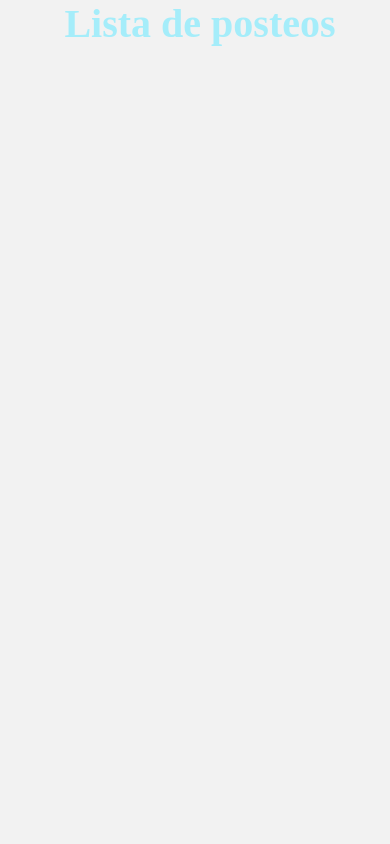
Repository: larafernandezo/finalprog3
Screen: /Home
The author's editor kept a copy of each file at every save. The screen is drawn from the files as they stood at one save, then again after a run of saves.
The page's requests for data from a server got no answer. The app was drawn by React Native's web renderer in a window 390 px wide. The project was rebuilt for these pictures with package versions that can differ from the ones it lists, and the page was loaded fresh each time. No one was signed in, and anything a server would have sent is missing. Also part of the build but not shown: src/components/Camera.js, src/screens/Registro.js, src/components/Post.js, src/screens/MiPerfil.js, src/screens/NuevoPost.js, src/components/Menu.js, src/screens/Perfil.js.

Above is the screen before, as saved 2022-11-22 11:36:28.

### App.js
import { StyleSheet, View } from 'react-native';
import { NavigationContainer } from '@react-navigation/native';
import { createNativeStackNavigator } from '@react-navigation/native-stack';
import Registro from './src/screens/Registro';
import Login from './src/screens/Login';
import Home from './src/screens/Home';
import Menu from './src/components/Menu';
import Perfil from './src/screens/Perfil';


const Stack = createNativeStackNavigator();


function App() {
  return (
    <NavigationContainer>
      <Stack.Navigator>
        <Stack.Screen name='Login' component={Login} options= {{ headerShown : false}}/>
        <Stack.Screen name='Registro' component={Registro} options= {{ headerShown : false}}/>
        <Stack.Screen name='Home' component={Home} options= {{ headerShown : false}}/>
        <Stack.Screen name='Menu' component={Menu} options= {{ headerShown : false}}/>
      </Stack.Navigator>
    </NavigationContainer>
  );
};

export default App;

### src/screens/Login.js
import React, {Component} from 'react';
import {auth} from '../firebase/config';
import {View, Text, StyleSheet, TextInput, TouchableOpacity, Image} from 'react-native';

class Login extends Component {
    constructor(){
        super()
        this.state = {
            email: "",
            contraseña: "",
            error: ""
        }
    }

    componentDidMount(){
        auth.onAuthStateChanged(usuario => {
            if (usuario){
                this.props.navigation.navigate ("Menu")
            }
        })
    }

    iniciarUsuario(email, contraseña){
        auth.signInWithEmailAndPassword(email, contraseña)
            .then( res => {
                this.props.navigation.navigate("Menu")
            })
            .catch(error =>
                this.setState({
                error: error.message
            })
            )
    }

    render(){
        return(
            <View style={styles.fondo}>

            <Text style={styles.error}>{this.state.error}</Text>


                <Text style={styles.titulo}>Iniciar Sesión</Text>

                <View style={styles.caja}>
                <Text style={styles.error}>{this.state.error}</Text>
                    <TextInput
                        placeholder= 'Cuenta de Email'
                        keyboardType= 'email-address'
                        onChangeText={ texto => this.setState({email : texto})}
                        value = {this.state.email}
                        style={styles.fillin}
                    />
                    <TextInput
                        placeholder= 'Contraseña'
                        keyboardType= 'default'
                        secureTextEntry = {true}
                        onChangeText={ texto => this.setState({contraseña : texto})}
                        value = {this.state.contraseña}
                        style={styles.fillin}
                    />


{
                this.state.email =="" || this.state.contraseña =="" ?
                    <TouchableOpacity>
                        <Text style={styles.alerta}>Ingresar</Text>
                    </TouchableOpacity>
                :
                    <TouchableOpacity onPress={ () => this.iniciarUsuario (this.state.email, this.state.contraseña)} >
                        <Text style={styles.cont}>Ingresar</Text>
                    </TouchableOpacity>

}

                    <Text onPress={ () => this.props.navigation.navigate ('Registro')} style={styles.switch}>¿No tenés cuenta? Registrate haciendo click aquí</Text>
                </View>
            </View>
        )
    }
}

const styles = StyleSheet.create({
    fondo: {
        alignItems: 'center',
        backgroundColor: 'rgb(234, 242, 248)',
    },
    titulo: {
        color: 'rgb(52, 152, 219)',
        fontFamily: 'avenir',
        fontSize: 26,
        margin: 60,
    },
    caja:{
        backgroundColor: 'rgb(215, 219, 221)',
        borderRadius: 6,
        padding: 20,

    },
    fillin: {
        backgroundColor: 'rgb(253, 254, 254)',
        color: 'rgb(179, 182, 183)',
        fontFamily: 'avenir',
        fontSize: 13,
        margin: 10,
        borderRadius: 6,
        textAlign: 'center',
        padding: 5,
        textAlign: 'left',
    },
    cont: {
        fontFamily: 'avenir',
        fontSize: 14,
        margin: 10,
        backgroundColor: 'rgb(234,252,255)',
        borderRadius: 10,
        textAlign: 'center',
        padding: 5,
    },
    alerta: {
        fontFamily: 'avenir',
        fontSize: 14,
        margin: 10,
        backgroundColor: 'rgb(52, 152, 219)',
        borderRadius: 10,
        textAlign: 'center',
        padding: 5,
        color: 'rgb(234,252,255)',
    },
    switch: {
        fontFamily: 'avenir',
        fontSize: 10,
        margin: 4,
        textAlign: 'center',
        color:'rgb(77, 86, 86)',
    },
    error: {
        fontFamily: 'avenir',
        fontSize: 19,
        margin: 20,
        color: 'rgb(203, 67, 53)'
    },
})



export default Login;

### src/screens/Home.js
import React, { Component } from 'react';
import { View, Text, FlatList,  StyleSheet, TextInput} from 'react-native';
import Post from '../components/Post';
import { db } from '../firebase/config'


class Posts extends Component {

    constructor(props) {
        super(props)
        this.state = {
            posteos: [],
        }
    }

    componentDidMount() {
        db.collection('posts').onSnapshot(
            docs => {
                let posts = [];
                docs.forEach(doc => {
                    posts.push({
                        id: doc.id,
                        data: doc.data()
                    })
                })
                this.setState({
                    posteos: posts,
                })
            })
    }

    render() {
        return (
          //prueba1 descomento para ver si funca
            <View style={styles.view}>
            <Text style={styles.title}> Lista de posteos</Text>
            <FlatList
                    data={this.state.posteos}
                    keyExtractor={ item => item.id.toString()}
                    renderItem={ ({item}) => <Post postData={item} navigation={this.props.navigation} id={item.id}/>}
            />
            </View>
        )
    }
}
const styles = StyleSheet.create({

   title:{
        fontSize: 40,
        fontWeight:'bold',
        textAlign:'center',
        fontFamily: 'raleway heavy',
        color: '#a5edfa'

    },
    view:{
        flex:1
    }
})

export default Posts;

### src/firebase/config.js
import app from 'firebase/app';
import firebase from 'firebase';

const firebaseConfig = {
    apiKey: "AIzaSyDPgkPZuV5RhBSI7u_oFMlRH3es895rxlU",
    authDomain: "finalprog3-bb705.firebaseapp.com",
    projectId: "finalprog3-bb705",
    storageBucket: "finalprog3-bb705.appspot.com",
    messagingSenderId: "894733539643",
    appId: "1:894733539643:web:6ef31fb78c2644aa783f1e"
  };

app.initializeApp(firebaseConfig);

export const auth = firebase.auth();
export const storage = app.storage();
export const db = app.firestore();

After the next 2 saves:
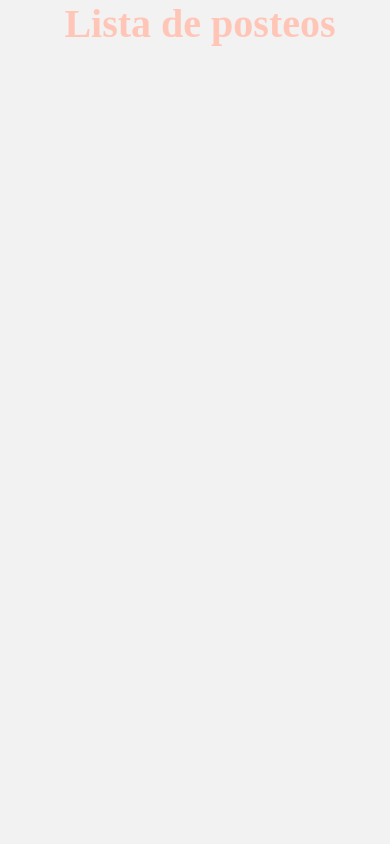
The 2 saves are shown as one change because they came seconds apart.
The last was saved 43 s later.
--- a/src/screens/Home.js
+++ b/src/screens/Home.js
@@ -50,7 +50,7 @@ const styles = StyleSheet.create({
         fontWeight:'bold',
         textAlign:'center',
         fontFamily: 'raleway heavy',
-        color: '#a5edfa'
+        color: '#ffc6b8'
 
     },
     view:{
